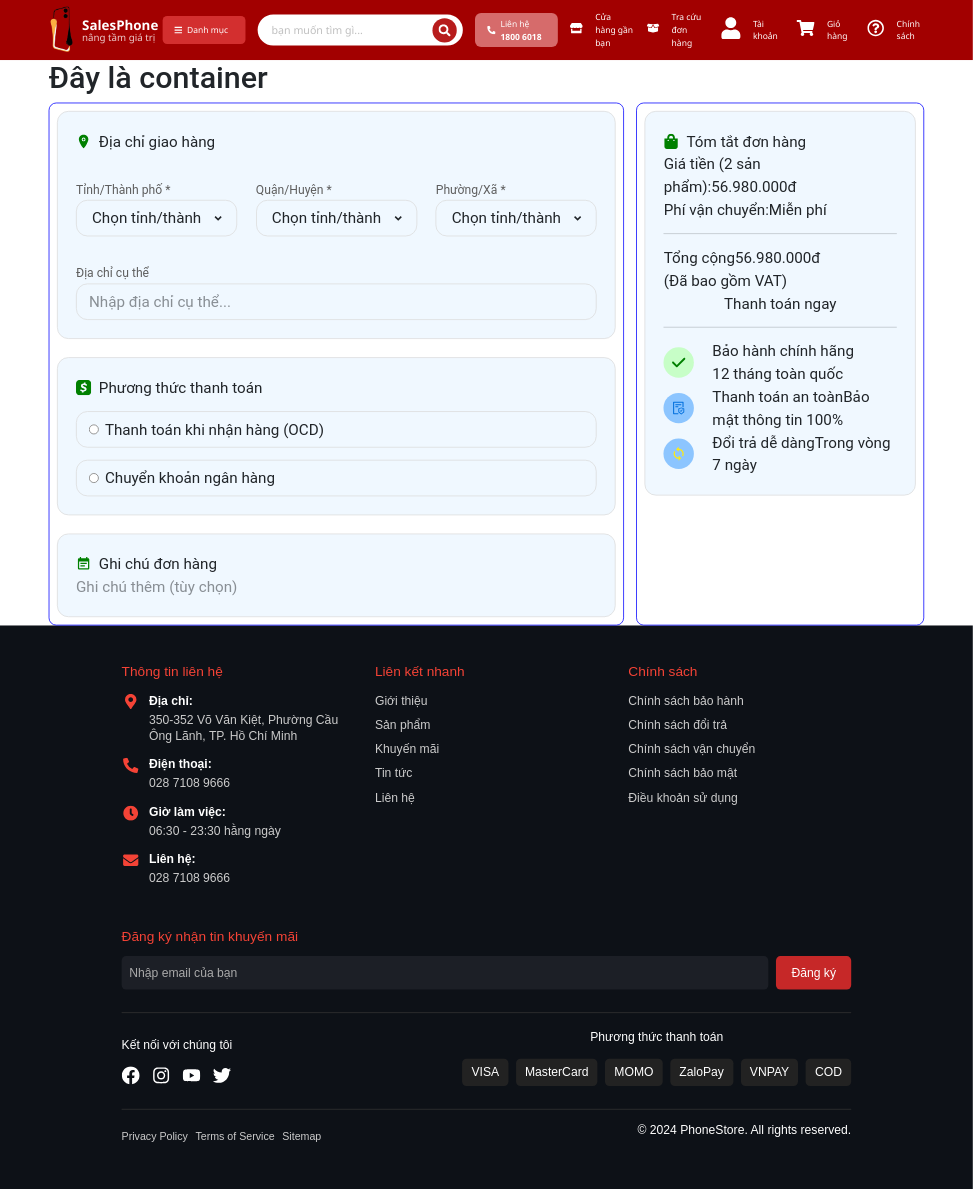
Repository: nguyenhuuluanTTB/cn-da22ttb-nguyenhuuluan-website_salesphone-nextjs_nodejs
Page: /order (app in Project_SalesPhone/client/salesphone/)
An editor plug-in stored every save of this project. The page is shown before and after the next save, followed by the edit.
The browser window is 1280 px wide. The pictures show the whole page, at 76% of full size.
The project was rebuilt for these pictures with package versions that can differ from the ones it lists, and the page was loaded fresh each time. The framework's server and built-in components were replaced by stand-ins that run in the browser. Also part of the build but not shown: Project_SalesPhone/client/salesphone/next.config.ts.

Above is the page before, as saved 2025-12-02 01:24:14.

### Project_SalesPhone/client/salesphone/app/layout.tsx

import "./globals.css";
import Header from "./components/Header/Header";
import Footer from "./components/Footer/Footer";


import 'bootstrap/dist/css/bootstrap.min.css';


export const metadata = {
  title: "SalesPhone",
  description: "Website bán điện thoại",
};

export default function RootLayout({
  children,
}: {
  children: React.ReactNode;
}) {
  return (
    <html lang="vi">
      <body>
        {/* Thêm Header ở đây */}
        <Header />

        {/* Nội dung trang */}
        {children}
        <Footer />
      </body>
    </html>
  );
}

### Project_SalesPhone/client/salesphone/app/components/Header/Header.tsx
import Link from "next/link";
import Image from "next/image";
import { FaBars, FaPhoneAlt, FaStore, FaBoxOpen, FaUser, FaShoppingCart, FaSearch, FaRegQuestionCircle } from "react-icons/fa";
import styles from "./Header.module.scss";
import logo from "./asset/logo.png";

export default function Header () {
    return(
        <header className={styles.header}>

        <div className={styles.container}>
        {/* Logo */}
        <div className={styles.logo_category}>

            {/* Danh mục */}
            <button className={styles.categoryBtn}>
                <FaBars />
                <span>Danh mục</span>
            </button>

             <div className={styles.logo}>
                <Image src={logo} alt="SalesPhone Logo" width={40} height={40} />
                <div className={styles.logoText}>
                    <span className={styles.brand}>SalesPhone</span>
                    <span className={styles.slogan}>nâng tầm giá trị</span>
                </div>


            </div>

             <Link href="#" className={`${styles.navItem} ${styles.giohang}`}>
                  <FaShoppingCart />
            </Link>

        </div>




        {/* Ô tìm kiếm */}
        <div className={styles.searchBox}>
          <input type="text" placeholder="bạn muốn tìm gì..." />
          <button className={styles.searchBtn}>
            <FaSearch />
          </button>
        </div>

        {/* Liên hệ */}
        <div className={styles.contact}>
          <FaPhoneAlt />
          <div>
            <span>Liên hệ</span> <br/>
            <strong>1800 6018</strong>
          </div>
        </div>



        {/* Các icon chức năng */}
        <nav className={styles.nav}>
          <Link href="#" className={`${styles.navItem} ${styles.cuahangganban}`}>
            <FaStore />
            <span>Cửa hàng gần bạn</span>
          </Link>
          <Link href="#" className={`${styles.navItem} ${styles.tracuudonhang}`}>
            <FaBoxOpen />
            <span>Tra cứu đơn hàng</span>
          </Link>
          <Link href="#" className={`${styles.navItem} ${styles.taikhoan}`}>
            <FaUser />
            <span>Tài khoản</span>
          </Link>
          <Link href="#" className={`${styles.navItem} `}>
            <FaShoppingCart />
            <span>Giỏ hàng</span>
          </Link>
          <Link href="#" className={`${styles.navItem} ${styles.chinhsach}`}>
            <FaRegQuestionCircle />
            <span>Chính sách</span>
          </Link>
        </nav>
      </div>



        </header>



    );
}

### Project_SalesPhone/client/salesphone/app/components/Footer/Footer.tsx
import React from "react";
import styles from "./Footer.module.scss";


import {
  FaFacebook ,
  FaInstagram,
  FaYoutube,
  FaTwitter,
  FaMapMarkerAlt,
  FaPhoneAlt,
  FaClock,
  FaEnvelope,
} from "react-icons/fa";

export default function Footer() {
  return (
    <footer className={styles.footer}>
      <div className={styles.container}>
        {/* --- Thông tin liên hệ --- */}
        <div className={styles.column}>
          <h3 className={styles.title}>Thông tin liên hệ</h3>

          <div className={styles.infoItem}>
            <FaMapMarkerAlt className={styles.icon} />
            <div>
              <strong>Địa chỉ:</strong>
              <p>350-352 Võ Văn Kiệt, Phường Cầu Ông Lãnh, TP. Hồ Chí Minh</p>
            </div>
          </div>

          <div className={styles.infoItem}>
            <FaPhoneAlt className={styles.icon} />
            <div>
              <strong>Điện thoại:</strong>
              <p>028 7108 9666</p>
            </div>
          </div>

          <div className={styles.infoItem}>
            <FaClock className={styles.icon} />
            <div>
              <strong>Giờ làm việc:</strong>
              <p>06:30 - 23:30 hằng ngày</p>
            </div>
          </div>

          <div className={styles.infoItem}>
            <FaEnvelope className={styles.icon} />
            <div>
              <strong>Liên hệ:</strong>
              <p>028 7108 9666</p>
            </div>
          </div>
        </div>

        {/* --- Liên kết nhanh --- */}
        <div className={styles.column}>
          <h3 className={styles.title}>Liên kết nhanh</h3>
          <ul>
            <li>Giới thiệu</li>
            <li>Sản phẩm</li>
            <li>Khuyến mãi</li>
            <li>Tin tức</li>
            <li>Liên hệ</li>
          </ul>
        </div>

        {/* --- Chính sách --- */}
        <div className={styles.column}>
          <h3 className={styles.title}>Chính sách</h3>
          <ul>
            <li>Chính sách bảo hành</li>
            <li>Chính sách đổi trả</li>
            <li>Chính sách vận chuyển</li>
            <li>Chính sách bảo mật</li>
            <li>Điều khoản sử dụng</li>
          </ul>
        </div>

        {/* --- Đăng ký nhận tin --- */}
        <div className={styles.column}>
          <h3 className={styles.title}>Đăng ký nhận tin khuyến mãi</h3>
          <div className={styles.subscribe}>
            <input type="email" placeholder="Nhập email của bạn" />
            <button>Đăng ký</button>
          </div>
        </div>
      </div>

      {/* --- Mạng xã hội --- */}
      <div className={styles.social_payment}>
          <div className={styles.social}>
            <p>Kết nối với chúng tôi</p>
            <div style={{display: 'flex', flexDirection: 'row', gap: '1rem', fontSize: '18pt'}}>
              <FaFacebook  />
              <FaInstagram />
              <FaYoutube />
              <FaTwitter />
            </div>

          </div>

          {/* --- Phương thức thanh toán --- */}
          <div className={styles.payment}>
            <p>Phương thức thanh toán</p>
            <div className={styles.methods}>
              <span>VISA</span>
              <span>MasterCard</span>
              <span>MOMO</span>
              <span>ZaloPay</span>
              <span>VNPAY</span>
              <span>COD</span>
            </div>
          </div>
      </div>


      {/* --- Footer bottom --- */}
      <div className={styles.bottom}>
        <p>© 2024 PhoneStore. All rights reserved.</p>
        <div className={styles.links}>
          <a href="#">Privacy Policy</a>
          <a href="#">Terms of Service</a>
          <a href="#">Sitemap</a>
        </div>
      </div>
    </footer>
  );
}

### Project_SalesPhone/client/salesphone/app/order/order.module.scss
.order{
    font-family: 'Roboto', sans-serif;
    padding: 0 4rem;
}


.gridContainer{
    display: grid;
    grid-template-columns: minimax(450, 2fr) minimax(200px, 1fr);
    gap: 1rem;
    min-width: 320px;
    margin: 0 auto;

    grid-template-areas: "item1 item2";
}

.item:nth-child(1) {grid-area: item1;}
.item:nth-child(2) {grid-area: item2;}

.item{
    font-size: 20px;
    padding: 10px;
    border-radius: 10px;
    min-width: 200px;
    border: 1px solid blue;
}

@media (max-width: 1600px) {
  .gridContainer {
    // grid-template-columns: repeat(2, 1fr);
    grid-template-columns: minmax(450px, 2fr) minmax(200px, 1fr);
    grid-template-areas:
      "item1 item2";
  }
}

@media (max-width: 1200px) {
    .gridContainer{
        grid-template-columns: 1fr;
        grid-template-areas:
            "item1"
            "item2";
    }
}

.item1{
    gap: 1.5rem;
    display: flex;
    flex-direction: column;
}


.diachigiaohang{
    display: flex;
    flex-direction: row;
    justify-content: space-between;
    margin: 2rem 0;
}

.title_location{
    display: flex;
    flex-direction: row;
    align-items: center;
    gap: 10px;
}

.thongtindiachi{
    background-color: aliceblue;
    border: solid 1px gainsboro;
    padding: 1.5rem;
    border-radius: 15px;
}

.tinh, .quan, .phuong{
    border: solid 1px gainsboro;
    padding: 0.5rem 1rem;
    border-radius: 15px;
}

.diachicuthe{
    border: solid 1px gainsboro;
    padding: 0.5rem 1rem;
    border-radius: 15px;
    width: 100%;
}

//Phần lựa chọn thanh toán
.typecash{
    display: flex;
    border-radius: 15px;
    padding: 0.5rem 1rem;
    border: solid 1px gainsboro;
    gap: 0.5rem;
}

.luachonthanhtoan{
    margin-top: 1rem;
    gap: 1rem;
    display: flex;
    flex-direction: column;
}


//đơn hàng
.donhang{
    display: flex;
    flex-direction: column;
    background-color: aliceblue;
    border: solid 1px gainsboro;
    padding: 1.5rem;
    border-radius: 15px;
}




.baohanh, .ttat, .doitra{
    display: flex;
    flex-direction: row;
    align-items: center;
    justify-content: start;
    gap: 1.5rem;

    .baohanh_icon{
        color: green;
        background: rgb(199, 254, 199);
        border-radius: 20px;
        padding: 10px;
    }

    .baohanh_content{
        flex-direction: column;
        display: flex;
    }
}

.ttat_icon{
    color: rgb(0, 111, 221);
    background: rgb(140, 197, 255);
    border-radius: 20px;
    padding: 10px;
}

.doitra_icon{
    color: rgb(255, 235, 17);
    background: rgb(140, 197, 255);
    border-radius: 20px;
    padding: 10px;
}

### Project_SalesPhone/client/salesphone/app/components/Header/Header.module.scss
.header {
  background-color: #a20000;
  color: white;
  padding: 8px 20px;
  font-family: "Segoe UI", sans-serif;
}

.container {
  max-width: 1200px; /* Giới hạn chiều rộng */
  margin: 0 auto; /* Căn giữa */
  display: flex;
  align-items: center;
  justify-content: space-between;
  gap: 16px;
  padding: 0 20px; /* thêm khoảng trống 2 bên */
}


.logo {
  display: flex;
  align-items: center;
  gap: 8px;

  .logoText {
    display: flex;
    flex-direction: column;
    line-height: 1.1;

    .brand {
      font-size: 1.1rem;
      font-weight: bold;
    }

    .slogan {
      font-size: 0.8rem;
      opacity: 0.8;
    }
  }
}

.logo_category{
    display: flex;
    align-items: center;
}


.categoryBtn {
  display: flex;
  align-items: center;
  gap: 6px;
  background-color: #d32f2f;
  border: none;
  color: white;
  padding: 10px 15px;
  border-radius: 6px;
  cursor: pointer;
  font-size: 0.7rem;
  margin-left: 30px;
  width: 125px;
  &:hover {
    background-color: #b71c1c;
  }
}

.searchBox {
  display: flex;
  align-items: center;
  background: #fff;
  border-radius: 9999px; /* Bo tròn */
  padding: 4px 8px;
  width: 350px;
  transition: all 0.2s ease;
  color: gray;
  input {
    flex: 1;
    border: none;
    outline: none;
    font-size: 14px;
    padding: 6px 10px;
    background: transparent;
  }

  button {
    border: none;
    background: #b71c1c; /* màu đỏ chủ đạo */
    color: white;
    border-radius: 50%;
    width: 32px;
    height: 32px;
    display: flex;
    align-items: center;
    justify-content: center;
    cursor: pointer;
    transition: background 0.2s ease;
  }

  button:hover {
    background: #d32f2f; /* đỏ sáng hơn khi hover */
  }

  &:focus-within {
    box-shadow: 0 0 0 2px #ffcdd2; /* hiệu ứng khi nhập */
  }
}


.contact {
  display: flex;
  align-items: center;
  gap: 6px;
  background-color: #d66b6b;
  border-radius: 8px;
  padding: 6px 16px;
  width: 140px;
  font-size: 0.7rem;

  strong {
    display: block;
  }
}

.nav {
  display: flex;
  align-items: center;
  gap: 18px;

  .navItem {
    display: flex;
    flex-direction: row;
    align-items: center;
    color: white;
    font-size: 0.7rem;
    text-decoration: none;
    transition: opacity 0.2s;
    gap: 1rem;

    svg {
      font-size: 2rem;
      margin-bottom: 4px;
    }

    &:hover {
      opacity: 0.8;
    }

  }
}

.giohang svg{
  display: none;
}

.logo_category{
  display: flex;
  flex-direction: row-reverse;
}

/* --------------------------- */
/* RESPONSIVE - MOBILE VERSION */
/* --------------------------- */

@media (max-width: 1095px) {
  .container {
    flex-wrap: wrap;
    justify-content: space-between;
    gap: 12px;
  }

  .categoryBtn span {
    display: none; /* Ẩn chữ Danh mục */
  }

  .contact,
  .nav {
    display: none; /* Ẩn các phần không cần ở mobile */
  }

  .searchBox {
    width: 100%;
    order: 3; /* Đưa xuống hàng dưới cùng */
    max-width: none;
  }

  .logo {
    flex: 1;
    justify-content: center;
  }

  .categoryBtn,
  .logo,
  .navItem:last-child {
    flex-shrink: 0;
  }

  /* Giỏ hàng giữ bên phải */
  .nav {
    display: flex;
    justify-content: flex-end;
    flex: 1;
  }

  .navItem span {
    display: none; /* Ẩn chữ, chỉ giữ icon */
  }

  .navItem svg {
    font-size: 1.4rem;
  }

  .logo_category{
      width: 100%;
      display: flex;
      align-items: center;
      flex-direction: row;
  }

  .navItem svg{
    display: none;
  }

  .categoryBtn{
    width: 50px;
    height: 50px;
    font-size: 1.3rem;
  }

  .cuahangganban svg, .tracuudonhang svg, .taikhoan svg, .chinhsach svg{
    display: none;
  }

  .giohang svg{
    display: block;
    font-size: 2rem;
  }

  .categoryBtn {
    margin-left: 0;
  }
}

### Project_SalesPhone/client/salesphone/app/components/Footer/Footer.module.scss
.footer {
  background-color: #0d1117;
  color: #fff;
  padding: 50px 10rem;
  font-family: sans-serif;
}

.container {
  display: flex;
  flex-wrap: wrap;
  justify-content: space-between;
  gap: 40px;
  border-bottom: 1px solid #333;
  padding-bottom: 30px;
}

.column {
  flex: 1;
  min-width: 240px;
}

.title {
  color: #f44336;
  font-size: 18px;
  margin-bottom: 15px;
}

/* --- Thông tin liên hệ --- */
.infoItem {
  display: flex;
  align-items: flex-start;
  gap: 12px;
  margin-bottom: 12px;
}

.icon {
  font-size: 20px;
  color: #f44336;
  min-width: 24px;
  margin-top: 3px;
}

.infoItem p {
  margin: 2px 0;
  color: #ccc;
  line-height: 1.4;
}

/* --- Liên kết --- */
.column ul {
  list-style: none;
  padding: 0;
}

.column ul li {
  margin: 8px 0;
  cursor: pointer;
  transition: color 0.2s ease;
  color: #ccc;
}

.column ul li:hover {
  color: #f44336;
}

/* --- Đăng ký --- */
.subscribe {
  display: flex;
  gap: 10px;
  margin-top: 10px;
}

.subscribe input {
  flex: 1;
  padding: 10px;
  border: none;
  border-radius: 6px;
  background: #1c1f26;
  color: #fff;
}

.subscribe input::placeholder {
  color: #aaa;
}

.subscribe button {
  background-color: #c62828;
  color: #fff;
  border: none;
  padding: 10px 20px;
  border-radius: 6px;
  cursor: pointer;
  transition: background 0.3s;
}

.subscribe button:hover {
  background-color: #e53935;
}

.social_payment{
    display: flex;
    flex-direction: row;
    justify-content: space-between;
}

/* --- Mạng xã hội --- */
.social {
  text-align: center;
  margin-top: 30px;
}

.icons {
  display: flex;
  justify-content: center;
  gap: 15px;
  margin-top: 10px;

}

.icons svg {
  background: #222;
  padding: 10px;
  border-radius: 50%;
  font-size: 18px;
  cursor: pointer;
  transition: all 0.3s ease;
}

.icons svg:hover {
  background: #f44336;
  transform: scale(1.1);
}

/* --- Thanh toán --- */
.payment {
  text-align: center;
  margin-top: 20px;
}

.methods {
  display: flex;
  justify-content: center;
  flex-wrap: wrap;
  gap: 10px;
  margin-top: 10px;
}

.methods span {
  background: #222;
  padding: 6px 12px;
  border-radius: 6px;
}

/* --- Dưới cùng --- */
.bottom {
  border-top: 1px solid #333;
  margin-top: 30px;
  padding-top: 15px;
  display: flex;
  flex-direction: row-reverse;
  justify-content: space-between;
  align-items: center;
  gap: 5px;
}

.links {
  display: flex;
  gap: 10px;
}

.links a {
  color: #ccc;
  text-decoration: none;
  font-size: 14px;
  transition: color 0.2s ease;
}

.links a:hover {
  color: #f44336;
}

/* --- Responsive --- */
@media (max-width: 768px) {
  .container {
    flex-direction: column;
  }

  .subscribe {
    flex-direction: column;
  }

  .subscribe input,
  .subscribe button {
    width: 100%;
  }

  .methods {
    flex-wrap: wrap;
  }

  .infoItem {
    align-items: flex-start;
  }
}

Loaded but not shown: Project_SalesPhone/client/salesphone/app/globals.css (common file); Project_SalesPhone/client/salesphone/app/order/page.tsx (161 lines, source omitted)

After the next save:
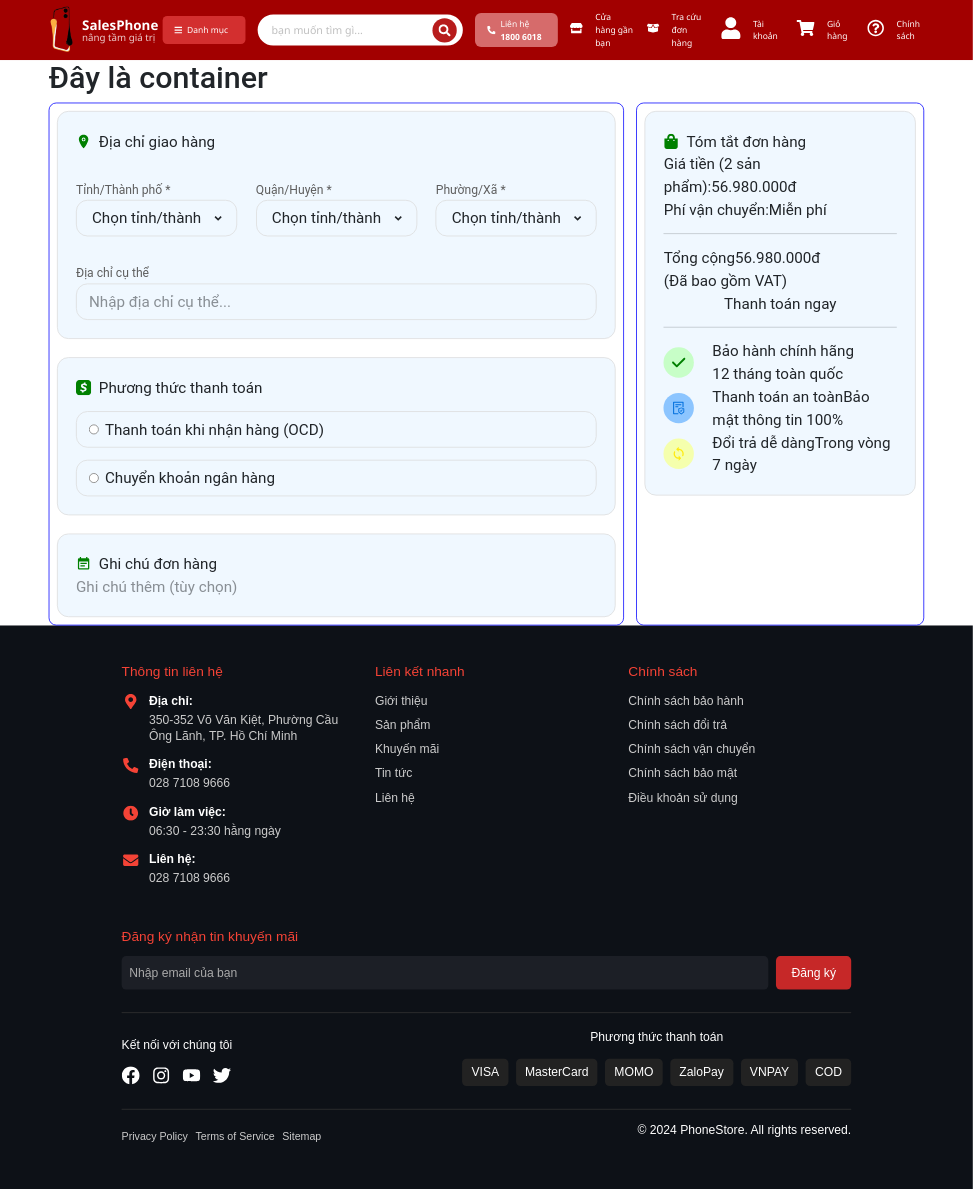
Saved 8 s later.
--- a/Project_SalesPhone/client/salesphone/app/order/order.module.scss
+++ b/Project_SalesPhone/client/salesphone/app/order/order.module.scss
@@ -143,7 +143,7 @@
 
 .doitra_icon{
     color: rgb(255, 235, 17);
-    background: rgb(140, 197, 255);
+    background: rgb(245, 255, 173);
     border-radius: 20px;
     padding: 10px;
 }
